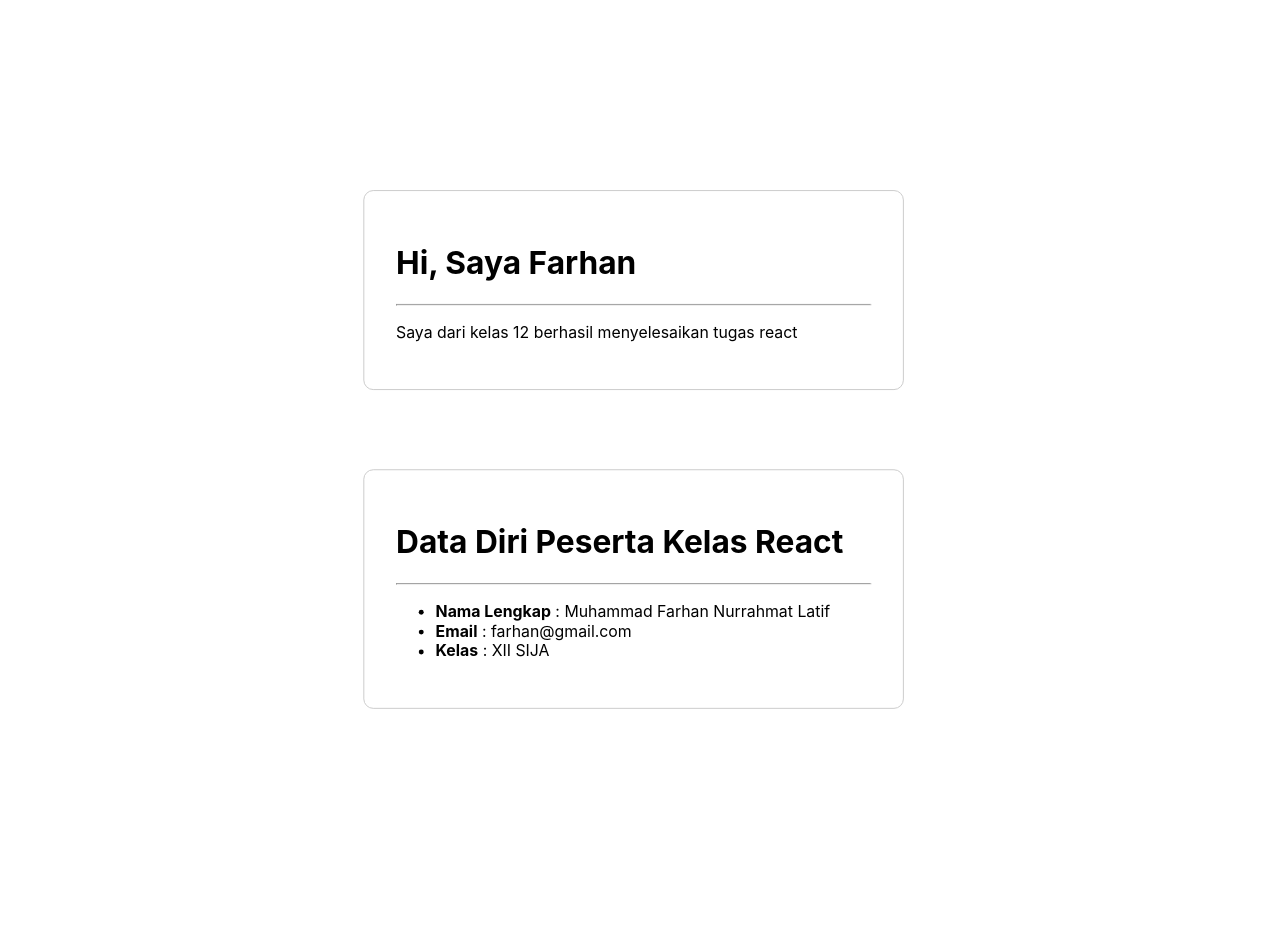
Repository: mfarhannr/Tugas-Reactjs_Farhan
Page: /
The author's editor kept a copy of each file at every save. The page is drawn from the files as they stood at one save, then again after the next save.
The browser window is 1280 px wide. The pictures show the whole page, at 99% of full size.
The project was rebuilt for these pictures with package versions that can differ from the ones it lists, and the page was loaded fresh each time.

Above is the page before, as saved 2024-05-03 15:42:23.

After the next save:
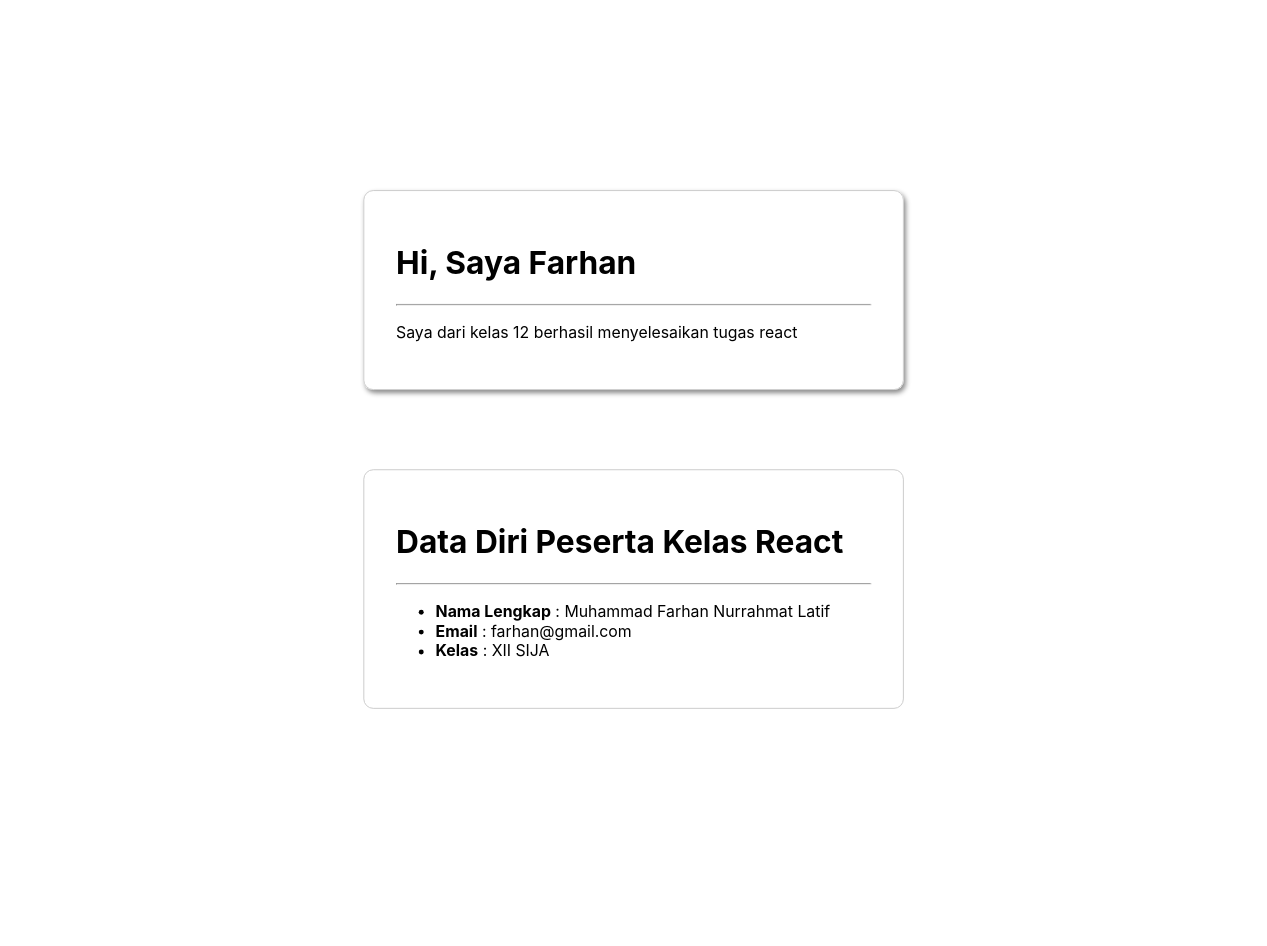
Saved 37 s later.
--- a/src/App.css
+++ b/src/App.css
@@ -8,6 +8,7 @@
   padding: 2em;
   margin: 2em auto;
   width: 50%;
+  box-shadow: 2px 3px 5px #888888;
 }
 
 span {
